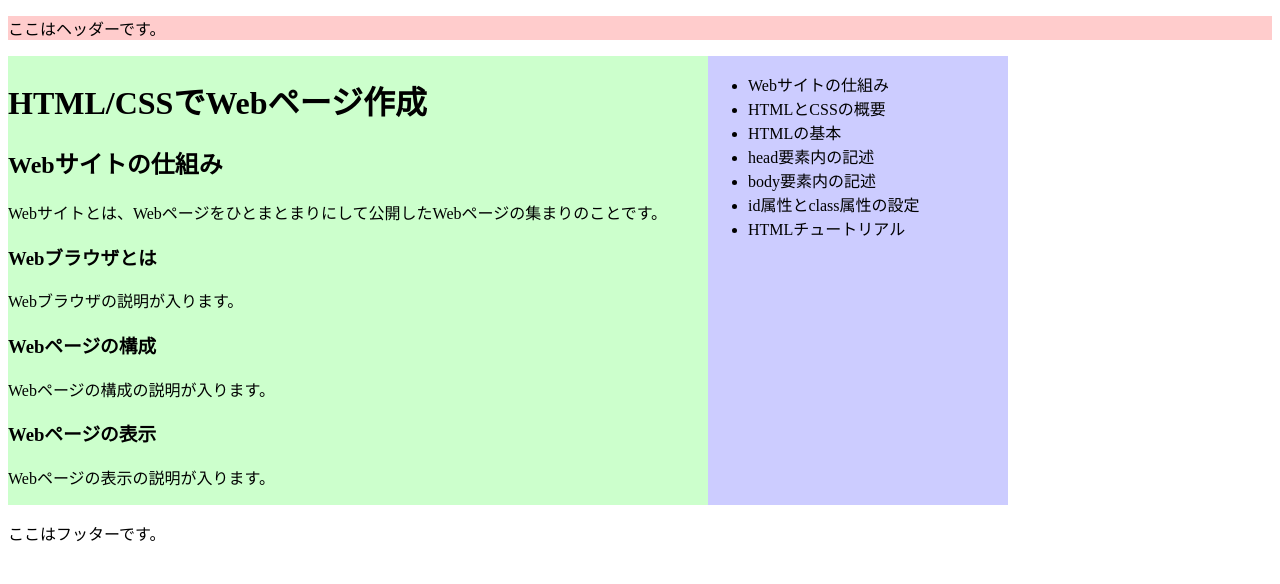
Repository: kaito-genkai/porker
Page: kadai-html.html
The author's editor kept a record of every edit. The page is drawn from the files as they stood at one moment, then again after the next edit.
The browser window is 1280 px wide. The pictures show the whole page.

Above is the page before.

After the next edit:
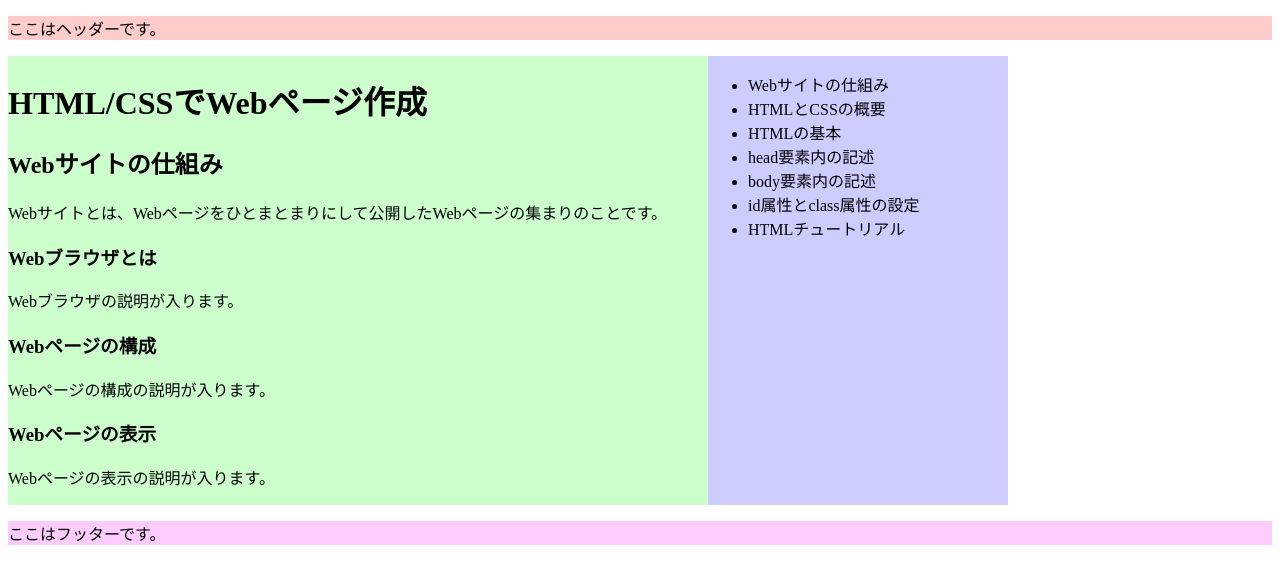
The edit:
--- a/kadai-css.css
+++ b/kadai-css.css
@@ -17,3 +17,7 @@
     background-color: #ccccff;
     width: 300px;
 }
+
+footer {
+    background-color: #ffccff;
+}
